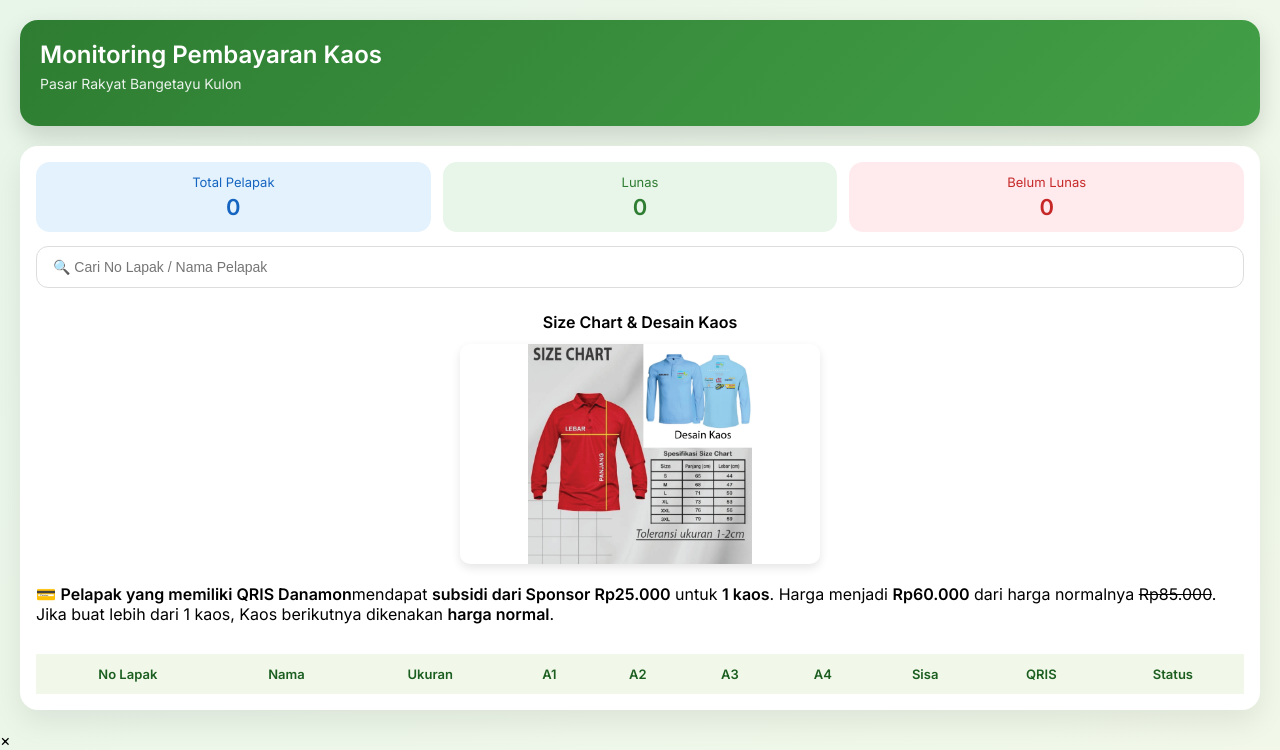
Repository: pasarrakyatbak/monitoringpembayarankaos
Page: index.html
The author's editor kept a copy of each file at every save. The page is drawn from the files as they stood at one save, then again after the next save.
The browser window is 1280 px wide. The pictures show the whole page.
The page's requests for data from a server got no answer.

Above is the page before, as saved 2026-01-04 14:28:17.

### index.html
<!DOCTYPE html>
<html lang="id">

<head>
    <meta charset="UTF-8">
    <meta name="viewport" content="width=device-width, initial-scale=1.0">
    <title>Monitoring Pembayaran Kaos</title>

    <!-- FONT -->
    <link rel="preconnect" href="https://fonts.googleapis.com">
    <link rel="preconnect" href="https://fonts.gstatic.com" crossorigin>
    <link href="https://fonts.googleapis.com/css2?family=Inter:wght@400;500;600&display=swap" rel="stylesheet">

    <link rel="stylesheet" href="style.css">
</head>

<body>

    <div class="app">

        <!-- HEADER -->
        <header class="header">
            <h1>Monitoring Pembayaran Kaos</h1>
            <p>Pasar Rakyat Bangetayu Kulon</p>
        </header>

        <!-- CARD -->
        <div class="card">

            <!-- RINGKASAN -->
            <div class="summary" id="summary">
                <div class="summary-card total">
                    <span>Total Pelapak</span>
                    <strong id="totalPelapak">0</strong>
                </div>
                <div class="summary-card lunas">
                    <span>Lunas</span>
                    <strong id="totalLunas">0</strong>
                </div>
                <div class="summary-card belum">
                    <span>Belum Lunas</span>
                    <strong id="totalBelum">0</strong>
                </div>
            </div>

            <!-- TOOLBAR -->
            <div class="toolbar">
                <input type="text" id="searchInput" placeholder="🔍 Cari No Lapak / Nama Pelapak">
            </div>

            <!-- ====== SECTION GAMBAR KAOS ====== -->
            <section class="kaos-section">
                <h2>Size Chart & Desain Kaos</h2>

                <div class="kaos-image-wrapper">
                    <img src="assets/img/kaos.png" alt="Size Chart dan Desain Kaos" class="kaos-image" id="kaosImage">
                </div>
            </section>
            <!-- ===== INFO SUBSIDI QRIS ===== -->
            <div class="qris-info">
                <p>
                    💳 <strong>Pelapak yang memiliki QRIS Danamon</strong>mendapat
                    <strong>subsidi dari Sponsor Rp25.000</strong> untuk
                    <strong>1 kaos</strong>.
                    Harga menjadi <strong>Rp60.000</strong> dari harga normalnya
                    <del>Rp85.000</del>.
                    <br>
                    Jika buat lebih dari 1 kaos, Kaos berikutnya dikenakan <strong>harga normal</strong>.
                </p>
            </div>
            <!-- DESKTOP TABLE -->
            <div class="desktop-view">
                <table>
                    <thead>
                        <tr>
                            <th>No Lapak</th>
                            <th>Nama</th>
                            <th>Ukuran</th>
                            <th>A1</th>
                            <th>A2</th>
                            <th>A3</th>
                            <th>A4</th>
                            <th>Sisa</th>
                            <th>QRIS</th>
                            <th>Status</th>
                        </tr>
                    </thead>
                    <tbody id="tableBody"></tbody>
                </table>
            </div>

            <!-- MOBILE CARD -->
            <div class="mobile-view" id="cardContainer"></div>

        </div>
    </div>

    <!-- ===== MODAL ZOOM GAMBAR ===== -->
    <div class="image-modal hidden" id="imageModal">
        <span class="close">&times;</span>
        <img class="modal-content" id="modalImg">
    </div>

    <!-- ===== LOADING OVERLAY ===== -->
    <div id="loadingOverlay" class="loading-overlay hidden">
        <div class="spinner"></div>
        <p>Memuat data...</p>
    </div>
    <script src="script.js"></script>
    <!-- LOADING OVERLAY -->
    <div id="loadingOverlay" class="loading-overlay hidden">
        <div class="spinner"></div>
        <p>Memuat data...</p>
    </div>
</body>

</html>

### style.css
* {
  box-sizing: border-box;
}

body {
  margin: 0;
  font-family: 'Inter', sans-serif;
  background: linear-gradient(135deg, #e8f5e9, #f1f8e9);
}

.app {
  max-width: 1400px;
  margin: auto;
  padding: 20px;
}

/* ================= HEADER ================= */
.header {
  background: linear-gradient(135deg, #2e7d32, #43a047);
  color: #fff;
  padding: 20px;
  border-radius: 18px;
  box-shadow: 0 10px 25px rgba(0, 0, 0, .15);
}

.header h1 {
  margin: 0;
  font-size: 24px;
}

.header p {
  margin-top: 6px;
  opacity: .9;
  font-size: 14px;
}

/* ================= CARD ================= */
.card {
  margin-top: 20px;
  background: #fff;
  border-radius: 18px;
  padding: 16px;
  box-shadow: 0 12px 30px rgba(0, 0, 0, .08);
}

/* ================= SUMMARY ================= */
.summary {
  display: grid;
  grid-template-columns: repeat(3, 1fr);
  gap: 12px;
  margin-bottom: 14px;
}

.summary-card {
  background: #f5f5f5;
  border-radius: 14px;
  padding: 12px;
  text-align: center;
  font-size: 13px;
}

.summary-card strong {
  display: block;
  font-size: 22px;
  margin-top: 4px;
}

.summary-card.total {
  background: #e3f2fd;
  color: #1565c0;
}

.summary-card.lunas {
  background: #e8f5e9;
  color: #2e7d32;
}

.summary-card.belum {
  background: #ffebee;
  color: #c62828;
}

/* ================= TOOLBAR ================= */
.toolbar input {
  width: 100%;
  padding: 12px 16px;
  border-radius: 12px;
  border: 1px solid #ddd;
  font-size: 14px;
}

.toolbar input:focus {
  outline: none;
  border-color: #2e7d32;
}

/* ================= TABLE ================= */
.desktop-view {
  overflow-x: auto;
}

table {
  width: 100%;
  border-collapse: collapse;
  margin-top: 14px;
  min-width: 1000px;
}

thead th {
  background: #f1f8e9;
  color: #1b5e20;
  padding: 12px;
  font-size: 13px;
  position: sticky;
  top: 0;
}

tbody td {
  padding: 12px;
  font-size: 13px;
  text-align: center;
  border-bottom: 1px solid #eee;
}

tbody tr:hover {
  background: #fafafa;
}

/* 🔴 AUTO MERAH BELUM LUNAS */
tr.belum-lunas {
  background: #ffebee !important;
}

tr.belum-lunas:hover {
  background: #ffcdd2 !important;
}

/* ================= BADGE ================= */
.badge {
  padding: 4px 10px;
  border-radius: 20px;
  font-size: 12px;
  font-weight: 600;
}

.badge-lunas {
  background: #e8f5e9;
  color: #2e7d32;
}

.badge-belum {
  background: #fff3e0;
  color: #ef6c00;
}

.badge-yes {
  background: #e3f2fd;
  color: #1565c0;
}

.badge-no {
  background: #fce4ec;
  color: #c2185b;
}

/* ================= MOBILE CARD ================= */
.mobile-view {
  display: none;
  margin-top: 16px;
  gap: 14px;
}

.pelapak-card {
  background: #fff;
  border-radius: 16px;
  padding: 14px;
  box-shadow: 0 8px 20px rgba(0, 0, 0, .08);
  border-left: 6px solid #2e7d32;
}

/* 🔴 CARD MERAH BELUM LUNAS */
.pelapak-card.belum-lunas {
  border-left-color: #c62828;
  background: #fff5f5;
}

.pelapak-header {
  display: flex;
  justify-content: space-between;
  align-items: center;
}

.lapak {
  font-weight: 600;
  color: #1b5e20;
}

.nama {
  font-size: 13px;
  color: #555;
}

.pelapak-body {
  margin-top: 10px;
  display: grid;
  grid-template-columns: repeat(2, 1fr);
  gap: 8px;
}

.item {
  background: #f1f8e9;
  border-radius: 10px;
  padding: 8px;
  text-align: center;
  font-size: 12px;
}

.item span {
  display: block;
  font-size: 11px;
  color: #666;
}

.summary {
  display: grid;
  grid-template-columns: repeat(3, 1fr);
  gap: 12px;
  margin-bottom: 14px;
}

.summary-card {
  border-radius: 14px;
  padding: 12px;
  text-align: center;
  font-size: 13px;
}

.summary-card strong {
  display: block;
  font-size: 22px;
  margin-top: 4px;
}

.summary-card.total {
  background: #e3f2fd;
  color: #1565c0;
}

.summary-card.lunas {
  background: #e8f5e9;
  color: #2e7d32;
}

.summary-card.belum {
  background: #ffebee;
  color: #c62828;
}

/* ================= LOADING ================= */
.loading-overlay {
  position: fixed;
  top: 0;
  left: 0;
  width: 100%;
  height: 100%;
  background: rgba(255, 255, 255, 0.85);
  display: flex;
  flex-direction: column;
  align-items: center;
  justify-content: center;
  z-index: 9999;
  backdrop-filter: blur(4px);
}

.loading-overlay p {
  margin-top: 12px;
  font-size: 14px;
  color: #2e7d32;
  font-weight: 500;
}

.loading-overlay.hidden {
  display: none;
}

.spinner {
  width: 48px;
  height: 48px;
  border: 5px solid #e0e0e0;
  border-top: 5px solid #2e7d32;
  border-radius: 50%;
  animation: spin 1s linear infinite;
}

@keyframes spin {
  to {
    transform: rotate(360deg);
  }
}

/* =============================
   SECTION GAMBAR KAOS
============================= */
.kaos-section {
  margin-top: 24px;
  text-align: center;
}

.kaos-section h2 {
  font-size: 16px;
  font-weight: 600;
  margin-bottom: 12px;
}

/* WRAPPER */
.kaos-image-wrapper {
  max-width: 360px;
  /* BATAS LEBAR */
  margin: 0 auto;
}

/* GAMBAR */
.kaos-image {
  width: 100%;
  max-height: 220px;
  /* BATAS TINGGI */
  object-fit: contain;
  border-radius: 10px;
  box-shadow: 0 4px 10px rgba(0, 0, 0, .1);
}

/* TEKS HINT */
.hint {
  font-size: 12px;
  color: #777;
  margin-top: 6px;
}

/* =============================
   RESPONSIVE DESKTOP
============================= */
/* ================= RESPONSIVE ================= */
@media (max-width: 768px) {
  .summary {
    grid-template-columns: 1fr;
  }

  .kaos-image-wrapper {
    max-width: 420px;
  }

  .kaos-image {
    max-height: 260px;
  }

  .desktop-view {
    display: none;
  }

  .mobile-view {
    display: grid;
    grid-template-columns: 1fr;
    gap: 16px;
  }

  .summary {
    grid-template-columns: 1fr;
  }

  .lapak {
    font-size: 16px;
  }

  .nama {
    font-size: 14px;
  }

  .pelapak-body {
    font-size: 13px;
  }

  .item.full {
    grid-column: span 2;
  }

  .item strong {
    font-weight: 600;
    color: #2e7d32;
  }
}

### script.js
const API_URL = "https://script.google.com/macros/s/AKfycby4z2qZ24SrJkcyGpybH29lSUC_3_z1LG-7wSmTzpaOEXrwjXf0Cl3hqkg95qAxPj1-/exec";

let allData = [];

document.addEventListener('DOMContentLoaded', () => {
    const searchInput = document.getElementById('searchInput');
    const tableBody = document.getElementById('tableBody');
    const cardContainer = document.getElementById('cardContainer');

    const loadingOverlay = document.getElementById('loadingOverlay');

    // =============================
    // LOADING HELPER
    // =============================
    function showLoading() {
        loadingOverlay.classList.remove('hidden');
    }

    function hideLoading() {
        loadingOverlay.classList.add('hidden');
    }

    // =============================
    // LOAD DATA
    // =============================
    async function loadData() {
        try {
            showLoading();

            const res = await fetch(API_URL + "?action=list");
            const data = await res.json();

            allData = data;
            renderAll(data);
            renderSummary(data);

        } catch (err) {
            console.error(err);
            alert("Gagal memuat data");
        } finally {
            hideLoading();
        }
    }

    // =============================
    // SUMMARY
    // =============================
    function renderSummary(data) {
        const totalPelapak = data.length;
        const totalLunas = data.filter(d => d.lunas).length;
        const totalBelum = totalPelapak - totalLunas;

        document.getElementById('totalPelapak').textContent = totalPelapak;
        document.getElementById('totalLunas').textContent = totalLunas;
        document.getElementById('totalBelum').textContent = totalBelum;
    }

    // =============================
    // RENDER ALL
    // =============================
    function renderAll(data) {
        renderTable(data);
        renderCard(data);
    }

    // =============================
    // TABLE (DESKTOP)
    // =============================
    function renderTable(data) {
        tableBody.innerHTML = '';

        data.forEach((row, index) => {
            const statusText = row.lunas ? 'Lunas' : 'Belum';
            const statusBadge = row.lunas ? 'badge-lunas' : 'badge-belum';
            const rowClass = row.lunas ? '' : 'belum-lunas';

            tableBody.innerHTML += `
        <tr class="${rowClass}">
          <td>${row.noLapak}</td>
          <td>${row.nama}</td>
          <td>${row.ukuran}</td>
          <td>${row.a1}</td>
          <td>${row.a2}</td>
          <td>${row.a3}</td>
          <td>${row.a4}</td>
          <td>Rp ${Number(row.total).toLocaleString('id-ID')}</td>
          <td>
            <input type="checkbox" ${row.qris ? 'checked' : ''} data-index="${index}">
          </td>
          <td>
            <span class="badge ${statusBadge}">${statusText}</span>
          </td>
        </tr>
      `;
        });
    }

    // =============================
    // CARD (MOBILE)
    // =============================
    function renderCard(data) {
        cardContainer.innerHTML = '';

        data.forEach((row, index) => {
            const statusText = row.lunas ? 'Lunas' : 'Belum';
            const statusBadge = row.lunas ? 'badge-lunas' : 'badge-belum';
            const cardClass = row.lunas ? '' : 'belum-lunas';

            cardContainer.innerHTML += `
        <div class="pelapak-card ${cardClass}">
          <div class="pelapak-header">
            <div>
              <div class="lapak">Lapak ${row.noLapak}</div>
              <div class="nama">${row.nama}</div>
            </div>
            <span class="badge ${statusBadge}">${statusText}</span>
          </div>

          <div class="pelapak-body">
            <div class="item"><span>Ukuran</span><strong>${row.ukuran}</strong></div>
            <div class="item">
              <span>QRIS</span>
              <input type="checkbox" ${row.qris ? 'checked' : ''} data-index="${index}">
            </div>
            <div class="item"><span>A1</span><strong>${row.a1}</strong></div>
            <div class="item"><span>A2</span><strong>${row.a2}</strong></div>
            <div class="item"><span>A3</span><strong>${row.a3}</strong></div>
            <div class="item"><span>A4</span><strong>${row.a4}</strong></div>
            <div class="item full">
              <span>Total</span>
              <strong>Rp ${Number(row.total).toLocaleString('id-ID')}</strong>
            </div>
          </div>
        </div>
      `;
        });
    }

    // =============================
    // UPDATE QRIS (WITH LOADING)
    // =============================
    document.body.addEventListener('change', async (e) => {
        if (e.target.type === 'checkbox' && e.target.dataset.index !== undefined) {
            const index = e.target.dataset.index;

            try {
                showLoading();

                const formData = new FormData();
                formData.append("action", "updateQRIS");
                formData.append("index", index);
                formData.append("qris", e.target.checked ? "true" : "false");

                await fetch(API_URL, {
                    method: "POST",
                    body: formData
                });

                await loadData();
            } catch (err) {
                console.error(err);
                alert("Gagal update data");
            } finally {
                hideLoading();
            }
        }
    });

    // =============================
    // SEARCH
    // =============================
    searchInput.addEventListener('keyup', () => {
        const keyword = searchInput.value.toLowerCase();

        const filtered = allData.filter(item =>
            item.noLapak.toString().includes(keyword) ||
            item.nama.toLowerCase().includes(keyword)
        );

        renderAll(filtered);
        renderSummary(filtered);
    });

    // INIT
    loadData();
});

After the next save:
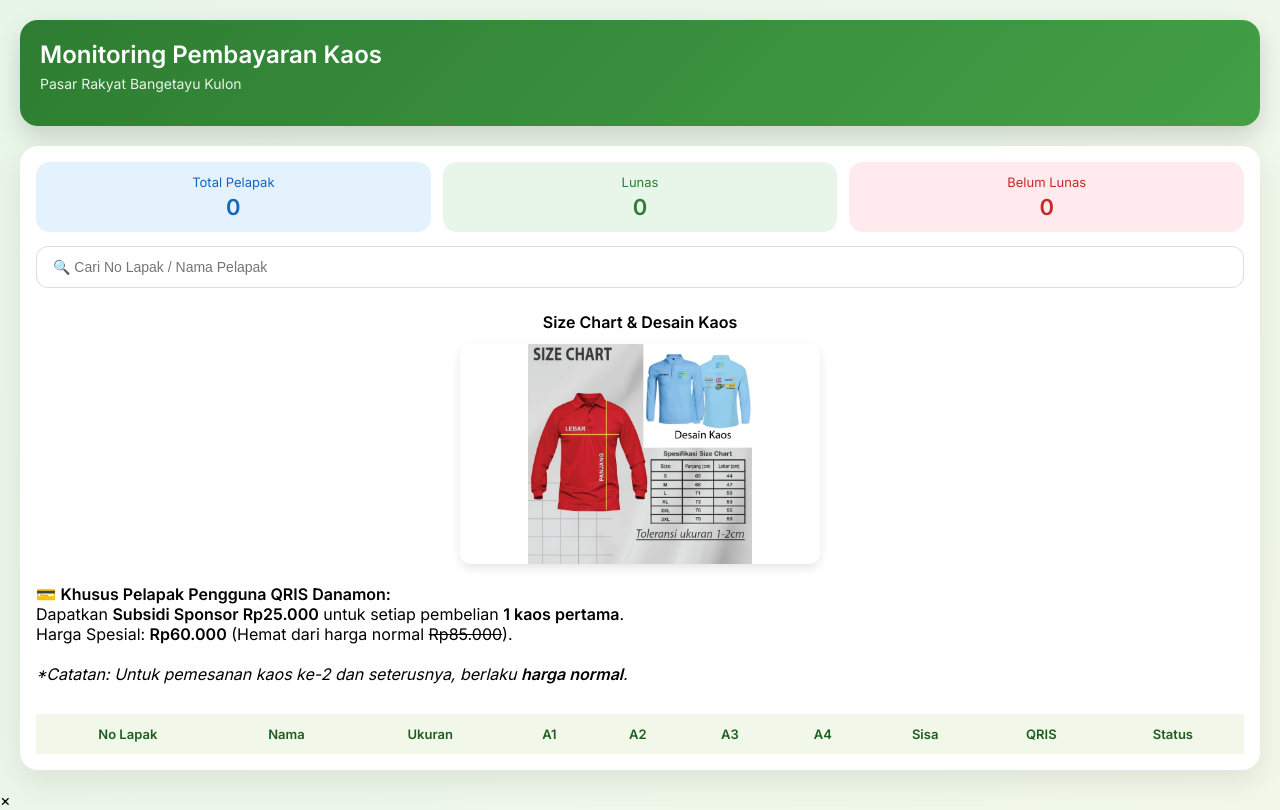
Saved 61 s later.
--- a/index.html
+++ b/index.html
@@ -59,13 +59,11 @@
             <!-- ===== INFO SUBSIDI QRIS ===== -->
             <div class="qris-info">
                 <p>
-                    💳 <strong>Pelapak yang memiliki QRIS Danamon</strong>mendapat
-                    <strong>subsidi dari Sponsor Rp25.000</strong> untuk
-                    <strong>1 kaos</strong>.
-                    Harga menjadi <strong>Rp60.000</strong> dari harga normalnya
-                    <del>Rp85.000</del>.
-                    <br>
-                    Jika buat lebih dari 1 kaos, Kaos berikutnya dikenakan <strong>harga normal</strong>.
+                    💳 <strong>Khusus Pelapak Pengguna QRIS Danamon:</strong><br>
+                    Dapatkan <strong>Subsidi Sponsor Rp25.000</strong> untuk setiap pembelian <strong>1 kaos
+                        pertama</strong>.<br>
+                    Harga Spesial: <strong>Rp60.000</strong> (Hemat dari harga normal <del>Rp85.000</del>).<br><br>
+                    <em>*Catatan: Untuk pemesanan kaos ke-2 dan seterusnya, berlaku <strong>harga normal</strong>.</em>
                 </p>
             </div>
             <!-- DESKTOP TABLE -->
